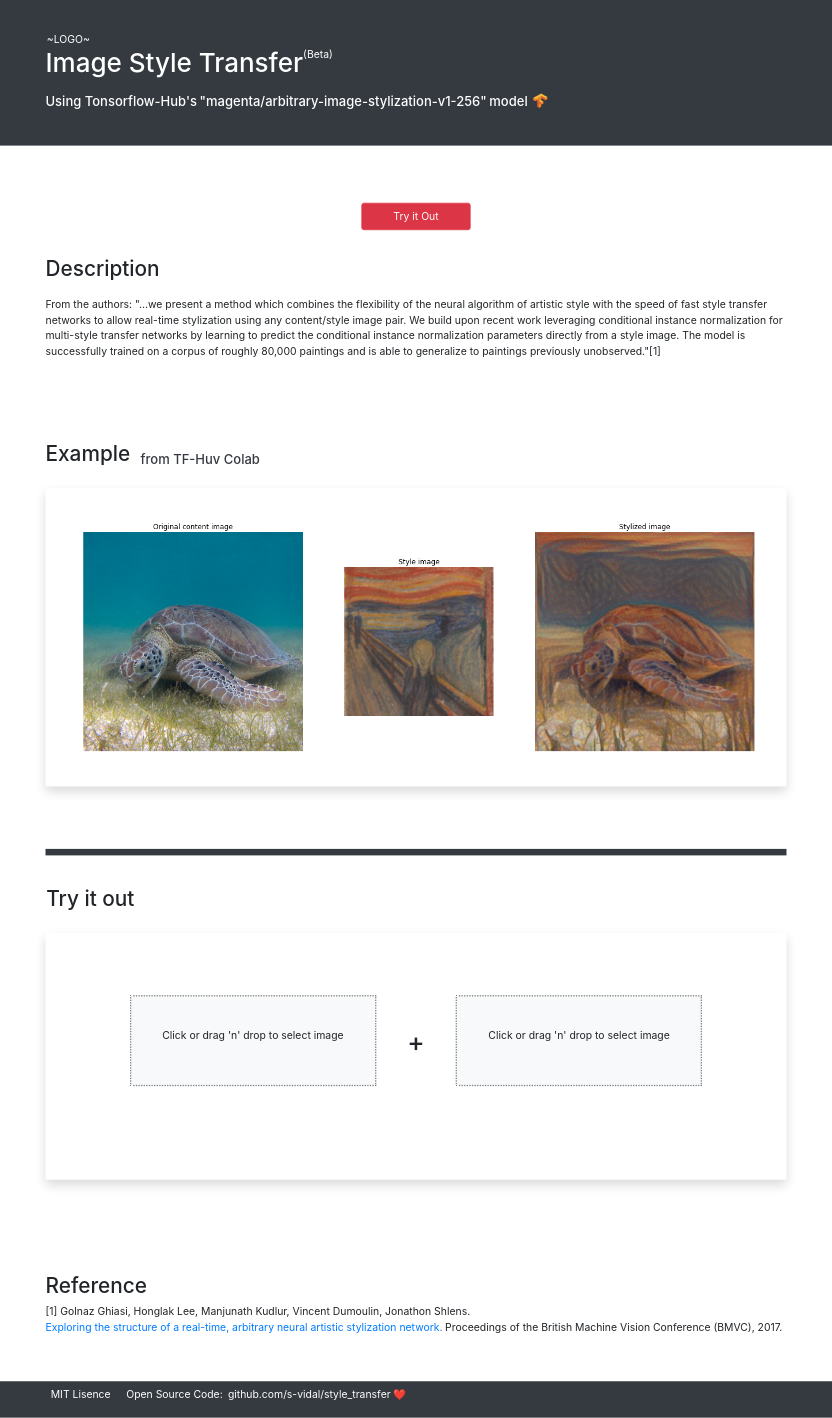
Repository: s-vidal/style_transfer
Page: / (app in client/)
These files come from the project's save history. The page is drawn as it stood at one moment and after the next save; the edit follows.
The browser window is 1280 px wide. The pictures show the whole page, at 65% of full size.
The project was rebuilt for these pictures with package versions that can differ from the ones it lists, and the page was loaded fresh each time. Also part of the build but not shown: client/src/index.css.

Above is the page before, as saved 2020-09-24 14:01:19.

### client/public/index.html
<!DOCTYPE html>
<html lang="en">
  <head>
    <meta charset="utf-8" />
    <link rel="icon" href="%PUBLIC_URL%/favicon.ico" />
    <meta name="viewport" content="width=device-width, initial-scale=1" />
    <meta name="theme-color" content="#000000" />
    <meta
      name="description"
      content="Web site created using create-react-app"
    />
    <link rel="apple-touch-icon" href="%PUBLIC_URL%/logo192.png" />
    <!--
      manifest.json provides metadata used when your web app is installed on a
      user's mobile device or desktop. See https://developers.google.com/web/fundamentals/web-app-manifest/
    -->
    <link rel="manifest" href="%PUBLIC_URL%/manifest.json" />
    <!--
      Notice the use of %PUBLIC_URL% in the tags above.
      It will be replaced with the URL of the `public` folder during the build.
      Only files inside the `public` folder can be referenced from the HTML.

      Unlike "/favicon.ico" or "favicon.ico", "%PUBLIC_URL%/favicon.ico" will
      work correctly both with client-side routing and a non-root public URL.
      Learn how to configure a non-root public URL by running `npm run build`.
    -->
    <!-- CSS only -->
    <link
      rel="stylesheet"
      href="https://stackpath.bootstrapcdn.com/bootstrap/4.5.2/css/bootstrap.min.css"
      integrity="sha384-JcKb8q3iqJ61gNV9KGb8thSsNjpSL0n8PARn9HuZOnIxN0hoP+VmmDGMN5t9UJ0Z"
      crossorigin="anonymous"
    />
    <title>React App</title>
  </head>
  <body>
    <noscript>You need to enable JavaScript to run this app.</noscript>
    <div id="root"></div>
    <!--
      This HTML file is a template.
      If you open it directly in the browser, you will see an empty page.

      You can add webfonts, meta tags, or analytics to this file.
      The build step will place the bundled scripts into the <body> tag.

      To begin the development, run `npm start` or `yarn start`.
      To create a production bundle, use `npm run build` or `yarn build`.
    -->
    <!-- JS, Popper.js, and jQuery -->
    <script
      src="https://code.jquery.com/jquery-3.5.1.slim.min.js"
      integrity="sha384-DfXdz2htPH0lsSSs5nCTpuj/zy4C+OGpamoFVy38MVBnE+IbbVYUew+OrCXaRkfj"
      crossorigin="anonymous"
    ></script>
    <script
      src="https://cdn.jsdelivr.net/npm/popper.js@1.16.1/dist/umd/popper.min.js"
      integrity="sha384-9/reFTGAW83EW2RDu2S0VKaIzap3H66lZH81PoYlFhbGU+6BZp6G7niu735Sk7lN"
      crossorigin="anonymous"
    ></script>
    <script
      src="https://stackpath.bootstrapcdn.com/bootstrap/4.5.2/js/bootstrap.min.js"
      integrity="sha384-B4gt1jrGC7Jh4AgTPSdUtOBvfO8shuf57BaghqFfPlYxofvL8/KUEfYiJOMMV+rV"
      crossorigin="anonymous"
    ></script>
  </body>
</html>

### client/src/App.js
import React, {useRef} from "react";
import "./App.css";
import DropZone from "./components/DropZone";
import Header from "./components/Header";
import Footer from "./components/Footer";

const scrollToRef = (ref) => window.scrollTo(0, ref.current.offsetTop);

function App() {
  const tryOutref = useRef(null);

  return (
    <div>
      <Header />
      <div className="vh-70 p-5 pb-0">
        <div className="container pt-3 mt-4">
          <div className="row d-flex justify-content-center">
            <button
              className="btn btn-danger pl-5 pr-5 pt-2 pb-2"
              onClick={() => scrollToRef(tryOutref)}
            >
              Try it Out
            </button>
          </div>
        </div>
        <div className="container pb-5 mb-3 pt-3">
          <div className="row pt-4">
            <h2>Description</h2>
          </div>
          <div className="row pt-3">
            <p className="">
              From the authors: "...we present a method which combines the
              flexibility of the neural algorithm of artistic style with the
              speed of fast style transfer networks to allow real-time
              stylization using any content/style image pair. We build upon
              recent work leveraging conditional instance normalization for
              multi-style transfer networks by learning to predict the
              conditional instance normalization parameters directly from a
              style image. The model is successfully trained on a corpus of
              roughly 80,000 paintings and is able to generalize to paintings
              previously unobserved."[1]
            </p>
          </div>
        </div>
        <div
          className="container pb-5"
          style={{borderBottom: "10px solid rgb(52, 58, 64)"}}
        >
          <div className="row pt-5 d-flex align-items-end">
            <h2>Example</h2>
            <a
              className="text-dark ml-3"
              href="https://colab.research.google.com/github/tensorflow/hub/blob/master/examples/colab/tf2_arbitrary_image_stylization.ipynb#scrollTo=dqB6aNTLNVkK"
            >
              <h5 className="">from TF-Huv Colab</h5>
            </a>
          </div>
          <div className="row d-flex justify-content-center shadow p-5 mb-5 mt-4 rounded">
            <img
              className="ml-2"
              src={require("./img/turtle.png")}
              alt="tf"
              width="100%"
              height="auto"
            ></img>
          </div>
        </div>
      </div>
      <div className="container p-0 pb-5 mb-5" ref={tryOutref}>
        <div className="row">
          <h2 className="ml-3 mb-3">Try it out</h2>
        </div>
        <div className="mt-3 p-5 shadow rounded mb-5 pb-4">
          <div className="row d-flex justify-content-center pt-5">
            <DropZone />
            <h1 className="p-5">+</h1>
            <DropZone />
          </div>
        </div>
      </div>
      <div className="container mb-5 pb-2">
        <div className="row">
          <h2>Reference</h2>
        </div>
        <div className="row">
          <p className="m-0">
            [1] Golnaz Ghiasi, Honglak Lee, Manjunath Kudlur, Vincent Dumoulin,
            Jonathon Shlens.
          </p>
          <a href="https://arxiv.org/abs/1705.06830" className="">
            Exploring the structure of a real-time, arbitrary neural artistic
            stylization network.
          </a>
          <p className="ml-1">
            Proceedings of the British Machine Vision Conference (BMVC), 2017.
          </p>
        </div>
      </div>
      <Footer />
    </div>
  );
}

export default App;

### client/src/App.css
.vh-70 {
  min-height: 70.5vh;
}

.italic {
  font-style: italic;
}

### client/src/components/DropZone.jsx
import React, {useEffect, useState} from "react";
import {useDropzone} from "react-dropzone";

const thumbsContainer = {
  display: "flex",
  flexDirection: "row",
  flexWrap: "wrap",
  marginTop: 16,
};

const thumb = {
  display: "inline-flex",
  borderRadius: 2,
  border: "1px solid #eaeaea",
  marginBottom: 8,
  marginRight: 8,
  width: "auto",
  height: 200,
  padding: 4,
  boxSizing: "border-box",
};

const thumbInner = {
  display: "flex",
  minWidth: 0,
  overflow: "hidden",
};

const img = {
  display: "block",
  width: "auto",
  height: "100%",
};

function Dropzone(props) {
  const [files, setFiles] = useState([]);
  const {getRootProps, getInputProps} = useDropzone({
    accept: "image/*",
    onDrop: (acceptedFiles) => {
      acceptedFiles.forEach((file) => {
        console.log(file);
        const reader = new FileReader();

        reader.onabort = () => console.log("file reading was aborted");
        reader.onerror = () => console.log("file reading has failed");
        reader.onload = () => {
          // Do whatever you want with the file contents
          const arrayBuffer = reader.result;
          console.log(arrayBuffer);
        };
        reader.readAsArrayBuffer(file);
      });
      setFiles(
        acceptedFiles.map((file) =>
          Object.assign(file, {
            preview: URL.createObjectURL(file),
          })
        )
      );
    },
  });

  const thumbs = files.map((file) => (
    <div style={thumb} key={file.name}>
      <div style={thumbInner}>
        <img
          src={file.preview}
          style={img}
          alt=""
          className="align-self-center"
        />
      </div>
    </div>
  ));

  useEffect(
    () => () => {
      // Make sure to revoke the data uris to avoid memory leaks
      files.forEach((file) => URL.revokeObjectURL(file.preview));
    },
    [files]
  );

  return (
    <section className="">
      <div
        {...getRootProps({className: "dropzone"})}
        className="bg-light p-5"
        style={{
          cursor: "pointer",
          border: "2px dotted grey",
        }}
      >
        <input {...getInputProps()} />
        <p className="">Click or drag 'n' drop to select image</p>
      </div>
      <aside
        className="d-flex justify-content-center align-items-center mt-5 mb-5"
        style={thumbsContainer}
      >
        {thumbs}
      </aside>
    </section>
  );
}

export default Dropzone;

// import React, {useMemo, useCallback} from "react";
// import {useDropzone} from "react-dropzone";

// const baseStyle = {
//   flex: 1,
//   display: "flex",
//   flexDirection: "column",
//   alignItems: "center",
//   padding: "20px",
//   borderWidth: 2,
//   borderRadius: 2,
//   borderColor: "#eeeeee",
//   borderStyle: "dashed",
//   backgroundColor: "#fafafa",
//   color: "#bdbdbd",
//   outline: "none",
//   transition: "border .24s ease-in-out",
// };

// const activeStyle = {
//   borderColor: "#2196f3",
// };

// const acceptStyle = {
//   borderColor: "#00e676",
// };

// const rejectStyle = {
//   borderColor: "#ff1744",
// };

// function onDrop(acceptedFiles) {
//   acceptedFiles.forEach((file) => {
//     console.log(file);
//     const reader = new FileReader();

//     reader.onabort = () => console.log("file reading was aborted");
//     reader.onerror = () => console.log("file reading has failed");
//     reader.onload = () => {
//       // Do whatever you want with the file contents
//       const arrayBuffer = reader.result;
//       console.log(arrayBuffer);
//     };
//     reader.readAsArrayBuffer(file);
//   });
// }

// function Dropzone(props) {
//   const {
//     getRootProps,
//     getInputProps,
//     isDragActive,
//     isDragAccept,
//     isDragReject,
//     acceptedFiles,
//   } = useDropzone({accept: "image/*", onDrop});

//   const style = useMemo(
//     () => ({
//       ...baseStyle,
//       ...(isDragActive ? activeStyle : {}),
//       ...(isDragAccept ? acceptStyle : {}),
//       ...(isDragReject ? rejectStyle : {}),
//     }),
//     [isDragActive, isDragReject, isDragAccept]
//   );

//   const files = acceptedFiles.map((file) => console.log(file));

//   return (
//     <div className="container">
//       <div {...getRootProps({style})}>
//         <input
//           {...getInputProps((e) => {
//             console.log(e);
//           })}
//         />
//         <p>Drag 'n' drop some files here, or click to select files</p>
//       </div>
//     </div>
//   );
// }

// export default Dropzone;

### client/src/components/Header.jsx
import React from "react";

const Header = () => {
  return (
    <div className="bg-dark text-white p-4 pt-5 pb-5">
      <div className="ml-5"> ~LOGO~ </div>
      <div className="container">
        <div className="row">
          <h1>Image Style Transfer</h1>
          <p>(Beta)</p>
        </div>
        <div className="row mt-3">
          <h5>Using Tonsorflow-Hub's </h5>
          <a
            href="https://tfhub.dev/google/magenta/arbitrary-image-stylization-v1-256/2"
            className="pl-1 pr-1 text-white"
          >
            <h5>"magenta/arbitrary-image-stylization-v1-256"</h5>
          </a>
          <h5>model</h5>
          <img
            className="ml-2"
            src={require("../img/tf_logo.png")}
            alt="tf"
            width="22"
            height="22"
          ></img>
        </div>
      </div>
    </div>
  );
};

export default Header;

### client/src/components/Footer.jsx
import React from "react";

const Footer = () => {
  return (
    <div className="text-white bg-dark">
      <div className="container mt-5">
        <div className="row p-2 mt-4">
          <p className="mr-4">MIT Lisence</p>
          <p>Open Source Code:</p>
          <a
            className="ml-2 text-white"
            href="https://github.com/s-vidal/style_transfer"
          >
            <span>github.com/s-vidal/style_transfer</span>
            <span role="img" aria-label="emoji" className="ml-1">
              ❤️
            </span>
          </a>
        </div>
      </div>
    </div>
  );
};

export default Footer;

Loaded but not shown: client/src/index.js (common file); client/src/serviceWorker.js (common file); client/src/index.css (no copy from this time; the picture is the same without it)

After the next save:
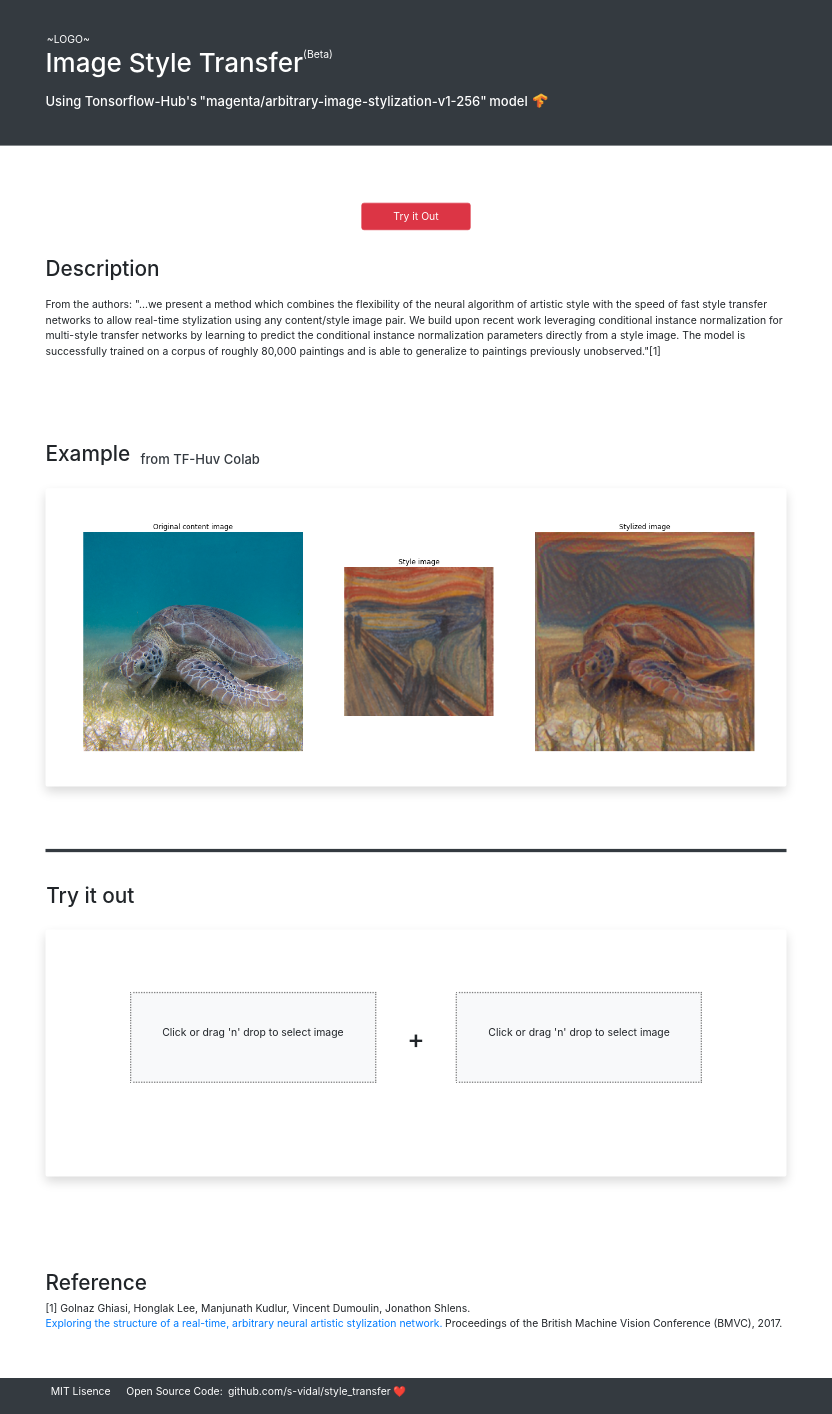
Saved 6 s later.
--- a/client/src/App.js
+++ b/client/src/App.js
@@ -44,7 +44,7 @@
         </div>
         <div
           className="container pb-5"
-          style={{borderBottom: "10px solid rgb(52, 58, 64)"}}
+          style={{borderBottom: "5px solid rgb(52, 58, 64)"}}
         >
           <div className="row pt-5 d-flex align-items-end">
             <h2>Example</h2>
